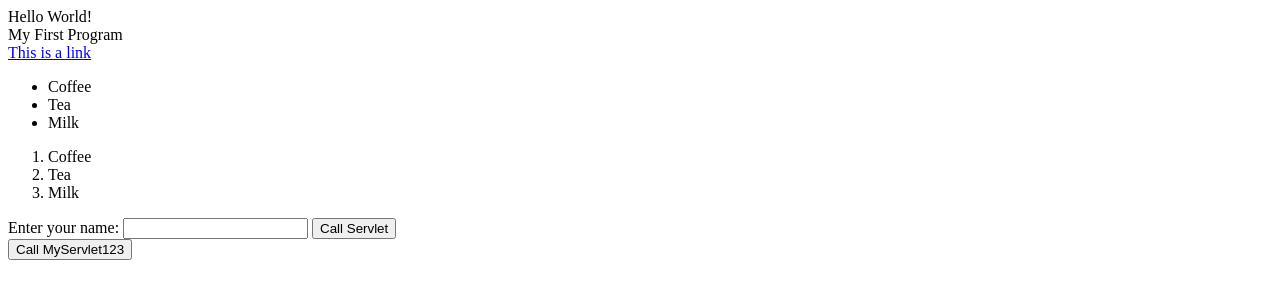
Repository: JayaramaNalka/Read-And-Sort-Name-in-Text-File
Page: http://localhost/HelloWorldJSP/
An editor plug-in stored every save of this project. The page is shown before and after the next save, followed by the edit.
The browser window is 1280 px wide. The pictures show the whole page.
The page is served by Tomcat 9.

Above is the page before, as saved 2018-07-10 12:04:49.

After the next save:
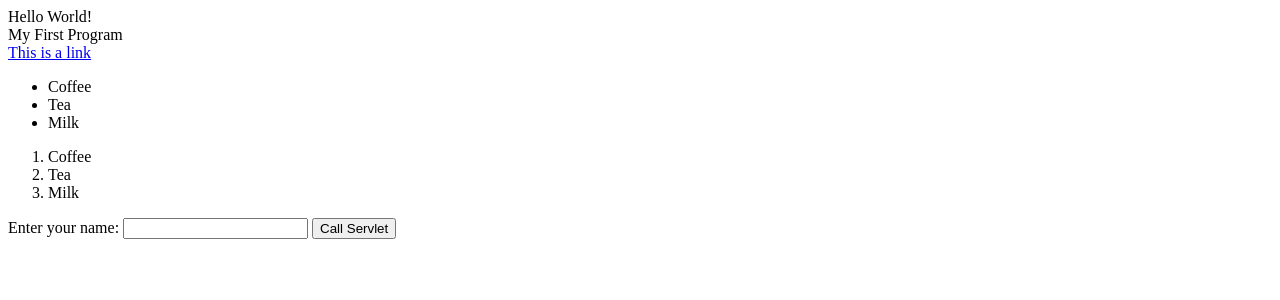
Saved 84 s later.
--- a/HelloWorldJSP/WebContent/helloWorld.jsp
+++ b/HelloWorldJSP/WebContent/helloWorld.jsp
@@ -24,15 +24,11 @@
   <li>Milk</li>
 </ol>
 
-<form action="helloServlet" method="get">
+<form action="MyServlet" method="get">
     Enter your name: <input type="text" name="yourName" size="20">
     <input type="submit" value="Call Servlet" />
 </form>
 
-<form action="MyServlet" method="post" >
-
-    <input type="submit" value="Call MyServlet123" />
-</form>
 
 </body>
 </html>
